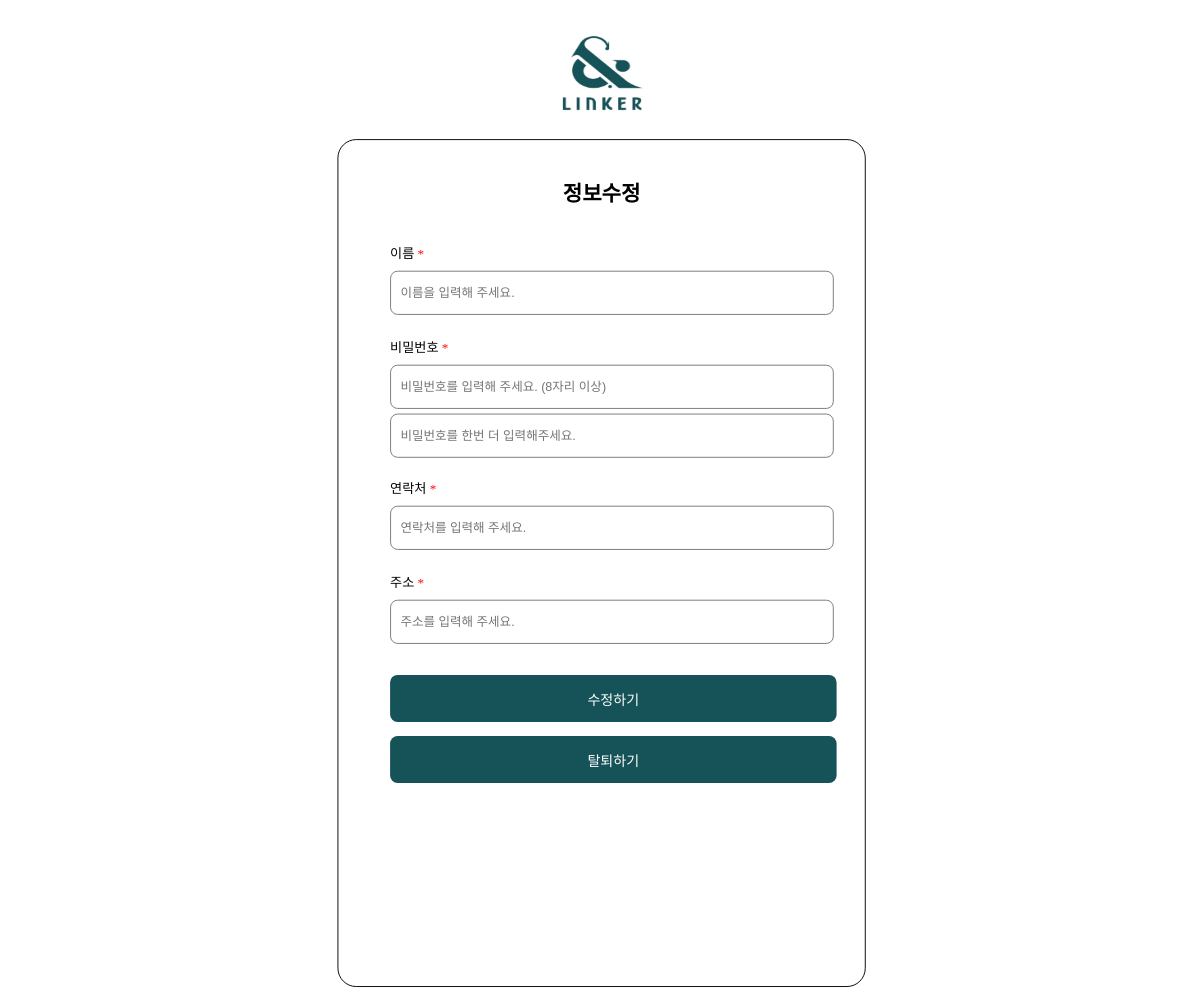
Repository: soomseting/let_me_go
Page: http://localhost/LINKER_re/jsp/main/user_update.jsp
The author's editor kept a copy of each file at every save. The page is drawn from the files as they stood at one save, then again after the next save.
The browser window is 1280 px wide. The pictures show the whole page, at 94% of full size.
The page is served by Tomcat 9.

Above is the page before, as saved 2025-03-24 08:08:09.
Console error: TypeError: Cannot set properties of null (setting 'onclick')

After the next save:
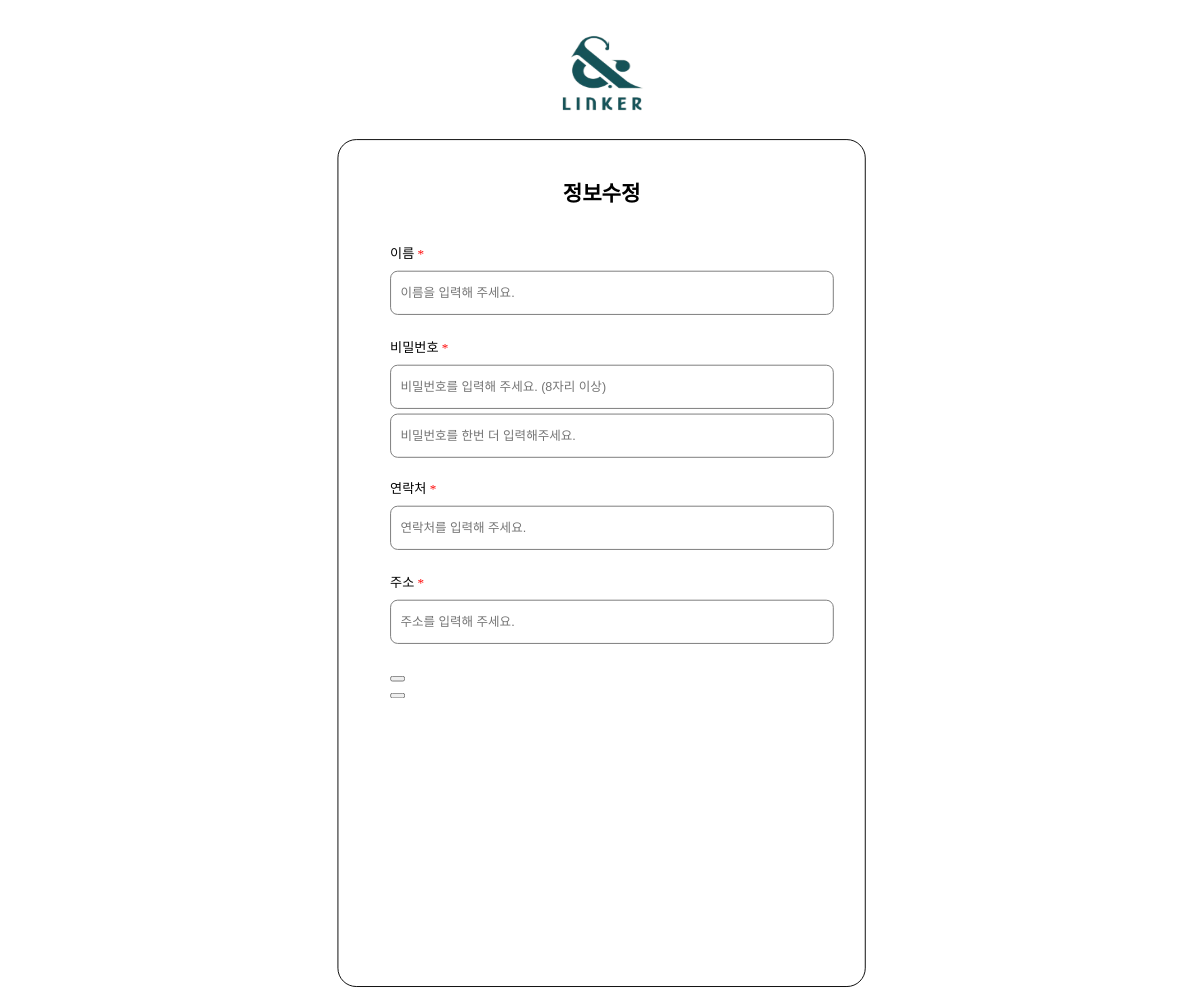
Saved 22 s later.
--- a/LINKER_re/src/main/webapp/jsp/main/user_update.jsp
+++ b/LINKER_re/src/main/webapp/jsp/main/user_update.jsp
@@ -42,9 +42,9 @@
                     </div>
                     <div class="su_con_box su_con_for">
                         <!-- 수정하기 버튼 -->
-                        <div class="su_input sui1"><input type="submit" name="action1" value="수정하기"></div>
+                        <div class="su_input sui1"><button type="button" name="action1" value="수정하기"></div>
                         <!-- 탈퇴하기 버튼 -->
-                        <div class="su_input sui2"><input type="submit" name="action2" value="탈퇴하기"></div>
+                        <div class="su_input sui2"><button type="button" name="action2" value="탈퇴하기"></div>
                     </div>
                     <!-- button변경 후 js로 action 각각 설정 controller에서 각각 설정 -->
                 </div>
